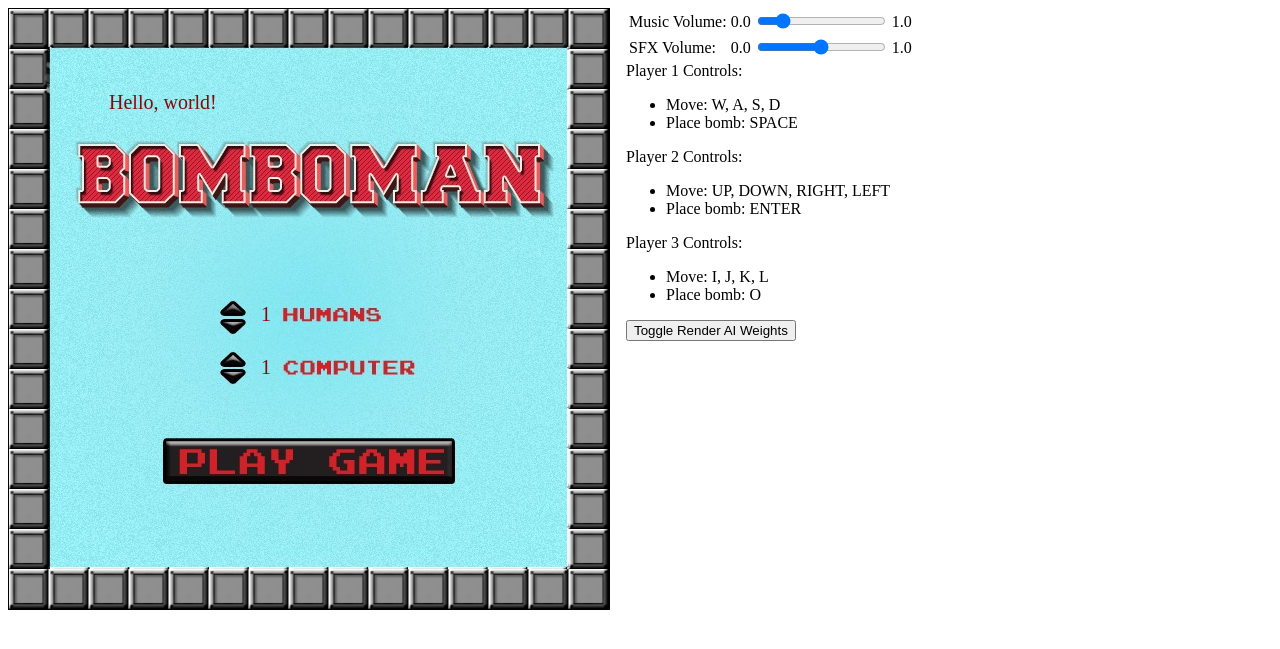
Repository: arnarb89/Bomberman
Page: index.html
The author's editor kept a record of every edit. The page is drawn from the files as they stood at one moment, then again after the next edit.
The browser window is 1280 px wide. The pictures show the whole page.

Above is the page before.
Console error: SyntaxError: Unexpected identifier 'getRandomIntInclusive'

After the next edit:
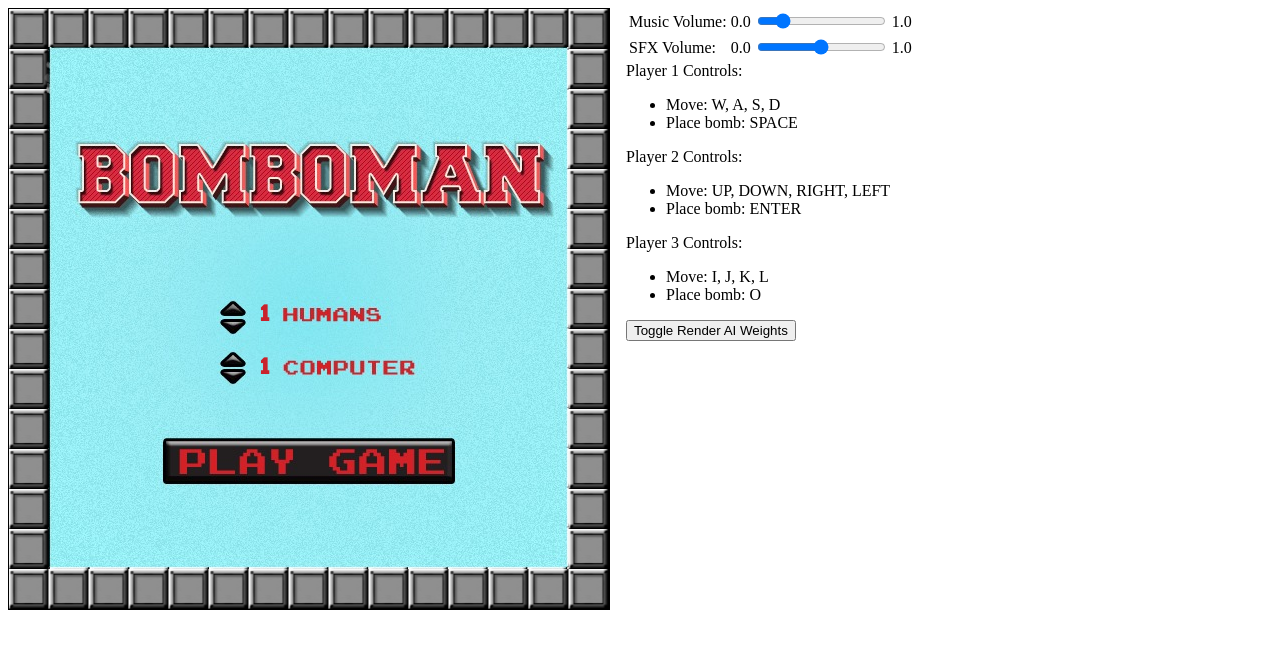
The edit:
--- a/js/Menu.js
+++ b/js/Menu.js
@@ -167,10 +167,8 @@
     //this.renderAlienButtons(ctx);
 
     ctx.save();
-    ctx.font = "20px Frontman";
-    ctx.fillStyle = "rgb(138, 7, 7)";
-
-    ctx.fillText("Hello, world!", 100, 100, 500);
+    ctx.font = "20px Freshman";
+    ctx.fillStyle = "rgb(201, 34, 43)";
 
     ctx.fillText(g_numberOfAis, 252, 365, 500);
 
